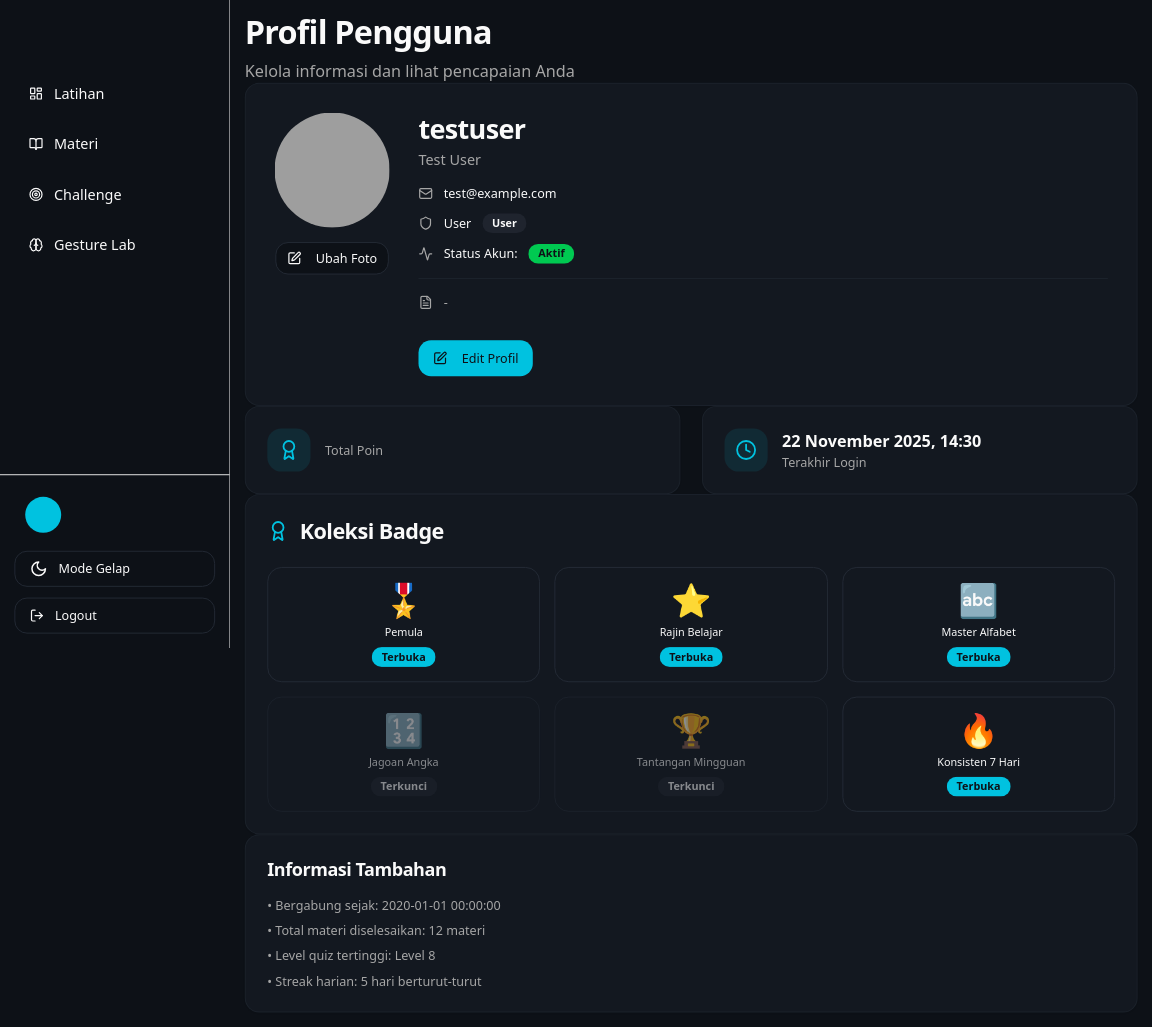
Repository: Tisna7/GESTURA
Page: http://localhost/profile
The author's editor kept a copy of each file at every save. The page is drawn from the files as they stood at one save, then again after the next save.
The browser window is 1280 px wide. The pictures show the whole page, at 90% of full size.
Pictures or frames that could not be fetched are drawn as grey boxes. The page is served by the project's Laravel application, run on PHP 8.4 with Laravel 12. A made-up administrator, Test User (test@example.com), is signed in. Style sheets and scripts are compiled from the project's sources, by tool versions that may differ from the author's.

Above is the page before, as saved 2025-11-23 16:26:24.

After the next save:
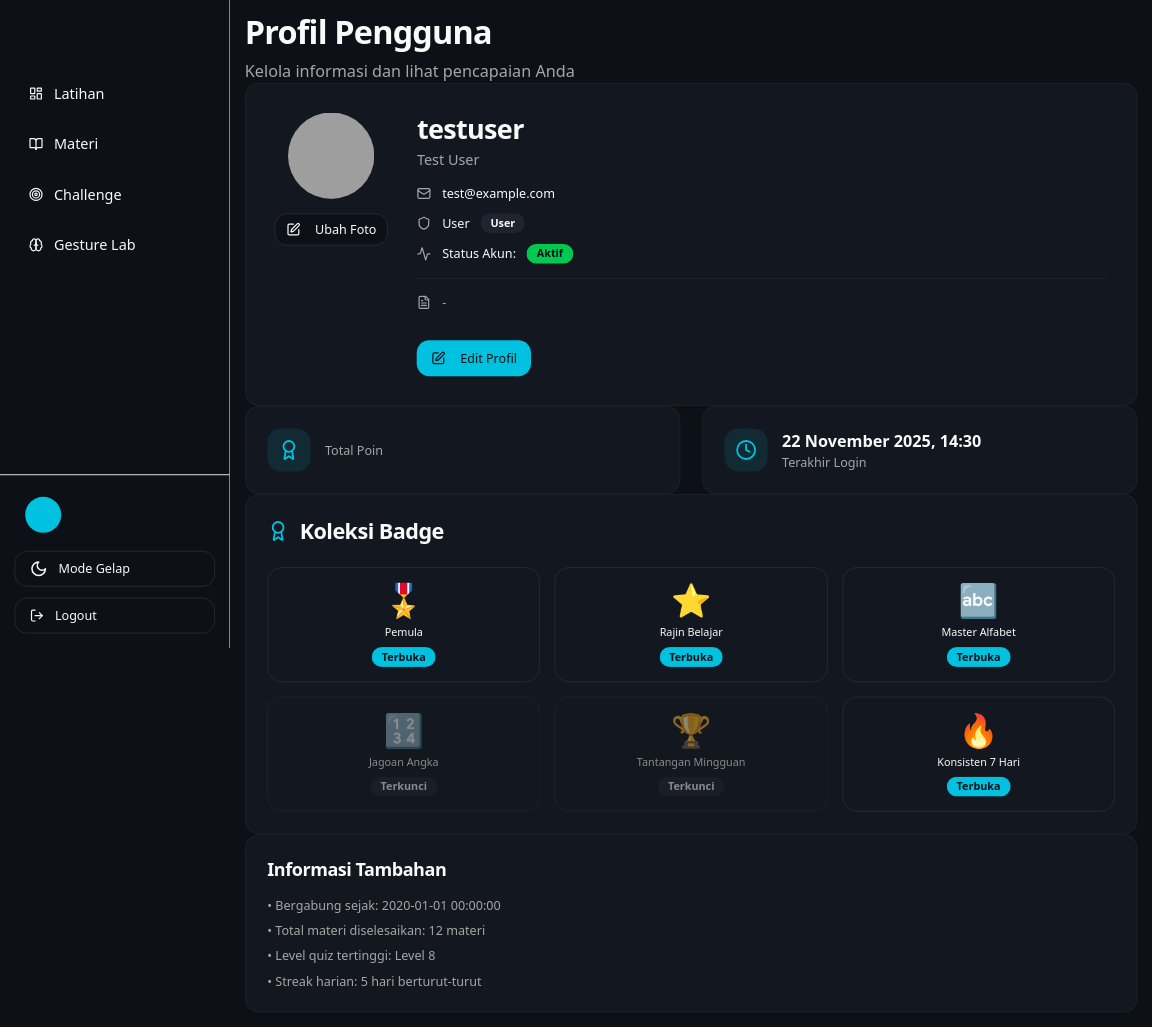
Saved 96 s later.
--- a/resources/views/user/profile.blade.php
+++ b/resources/views/user/profile.blade.php
@@ -12,10 +12,11 @@
         </div>
         <div class="rounded-lg border text-card-foreground shadow-sm p-8 bg-card border-border/50">
             <div class="flex flex-col md:flex-row gap-8">
-                <div class="flex flex-col items-center gap-4"><span
-                        class="relative flex shrink-0 overflow-hidden rounded-full h-32 w-32 border-4 border-primary/20"><img
-                            class="aspect-square h-full w-full" alt="Ahmad Fauzi"
-                            src="https://api.dicebear.com/7.x/avataaars/svg?seed=Ahmad"></span><button
+                <div class="flex flex-col items-center gap-4"><span class="relative flex overflow-hidden rounded-full h-24 w-24 border-4 border-primary/20">
+    <img class="h-full w-full object-cover"
+        src="https://api.dicebear.com/7.x/avataaars/svg?seed={{ $user->profile_image ?? $user->username ?? 'default' }}">
+</span>
+<button
                         class="inline-flex items-center justify-center gap-2 whitespace-nowrap text-sm font-medium ring-offset-background transition-colors focus-visible:outline-none focus-visible:ring-2 focus-visible:ring-ring focus-visible:ring-offset-2 disabled:pointer-events-none disabled:opacity-50 [&amp;_svg]:pointer-events-none [&amp;_svg]:size-4 [&amp;_svg]:shrink-0 border border-input bg-background hover:bg-accent hover:text-accent-foreground h-9 rounded-md px-3"><svg
                             xmlns="http://www.w3.org/2000/svg" width="24" height="24" viewBox="0 0 24 24"
                             fill="none" stroke="currentColor" stroke-width="2" stroke-linecap="round"
